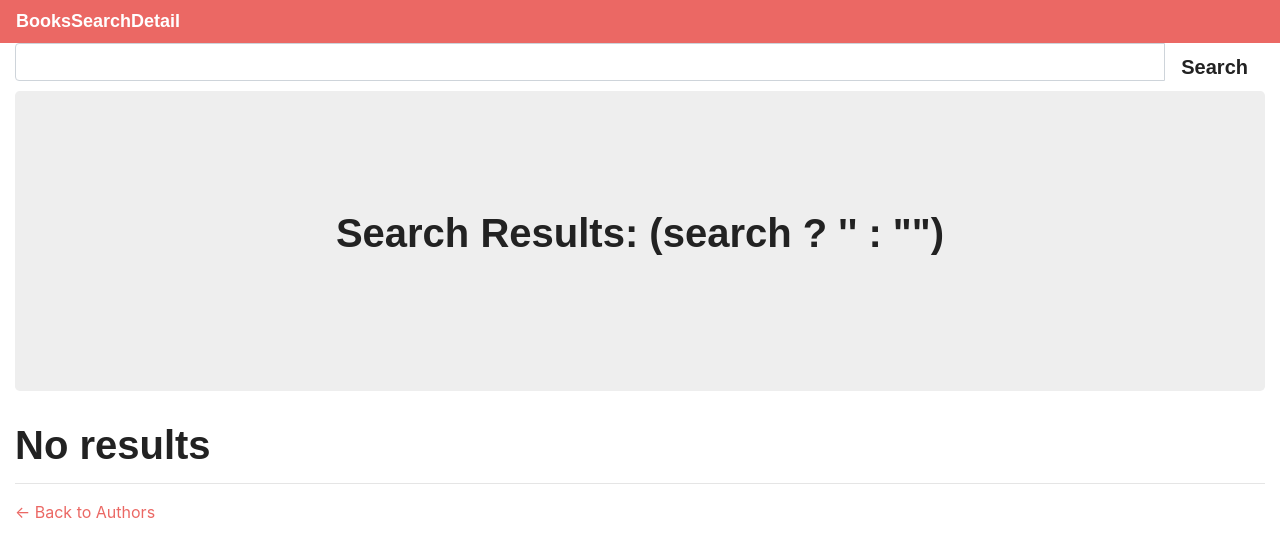
Repository: ionathas78/gBooksScanner
Page: /search (app in client/)
These files come from the project's save history. The page is drawn as it stood at one moment and after the next save; the edit follows.
The browser window is 1280 px wide. The pictures show the whole page.
Some web fonts or font styles are not loaded; a fallback is used. Some web libraries are served in a nearby version. The project was rebuilt for these pictures with package versions that can differ from the ones it lists, and the page was loaded fresh each time. Also part of the build but not shown: client/src/components/DeleteBtn/style.css, client/src/components/DeleteBtn/index.js, client/src/components/List/style.css, client/src/components/List/index.js, client/src/pages/Books.js, client/src/pages/Detail.js, client/src/pages/NoMatch.js.

Above is the page before, as saved 2020-05-20 12:18:24.

After the next save:
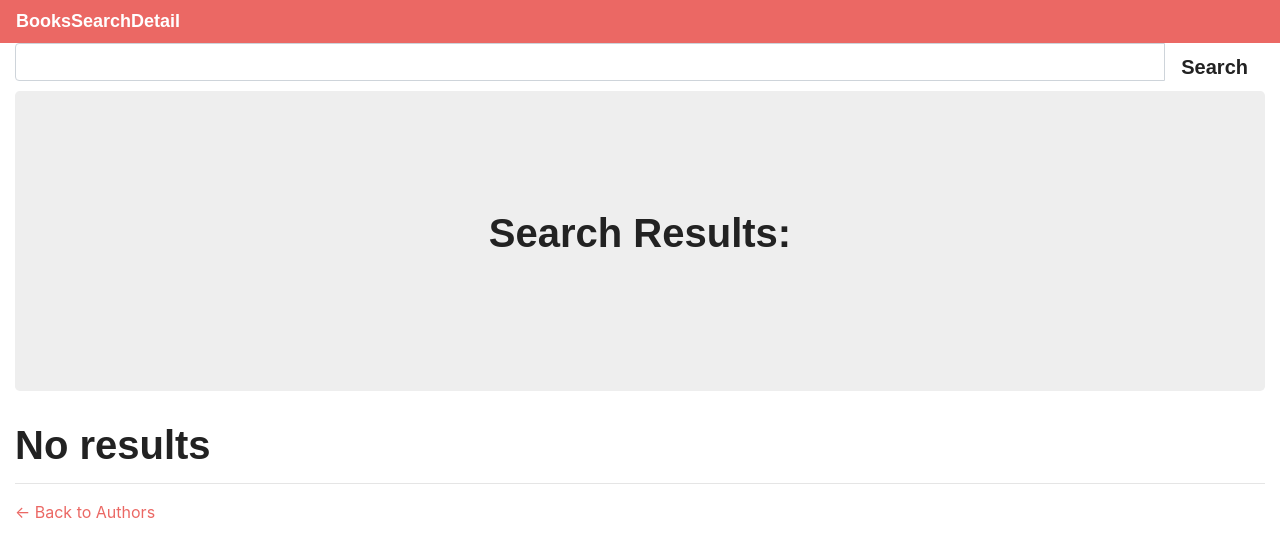
Saved 41 s later.
--- a/client/src/pages/Search.js
+++ b/client/src/pages/Search.js
@@ -122,7 +122,7 @@ function Search(props) {
           <Col size="md-12">
             <Jumbotron>
               <h1>
-                Search Results: (search ? '{search}' : "")
+                Search Results: {search ? '\'' + search + '\'' : ""}
               </h1>
             </Jumbotron>
           </Col>
